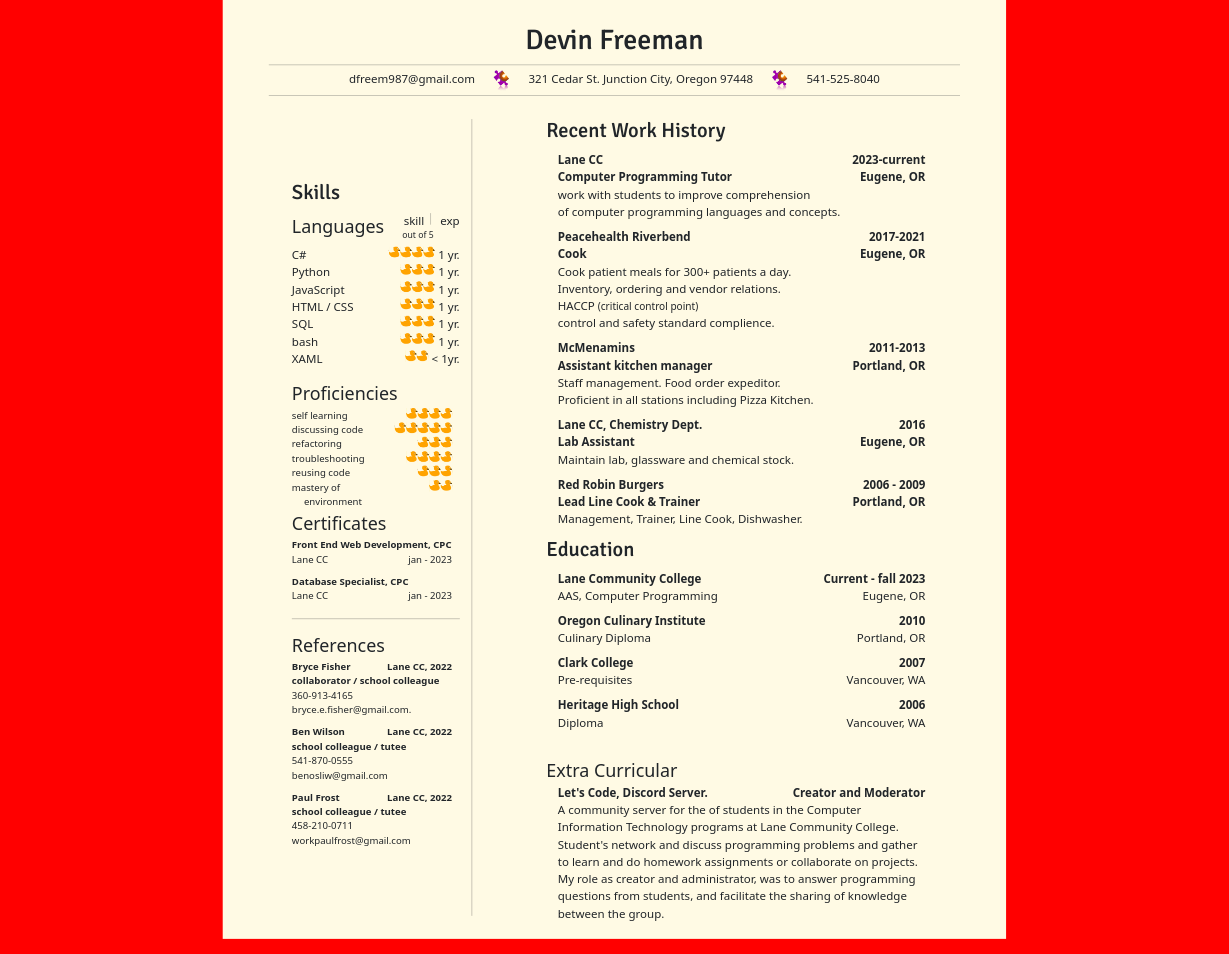
Repository: Dfreem/Resume
Page: index.html
These files come from the project's save history. The page is drawn as it stood at one moment and after the next save; the edit follows.
The browser window is 1280 px wide. The pictures show the whole page, at 96% of full size.

Above is the page before, as saved 2023-01-20 10:16:11.

### index.html
<!DOCTYPE html>
<html lang="en">

<head>
    <meta charset="UTF-8">
    <meta http-equiv="X-UA-Compatible" content="IE=edge">
    <meta name="viewport" content="width=device-width, initial-scale=1.0">
    <link href="https://cdn.jsdelivr.net/npm/bootstrap@5.3.0-alpha1/dist/css/bootstrap.min.css" rel="stylesheet"
        integrity="sha384-GLhlTQ8iRABdZLl6O3oVMWSktQOp6b7In1Zl3/Jr59b6EGGoI1aFkw7cmDA6j6gD" crossorigin="anonymous">
    <link href="resume.css" rel="stylesheet" />
    <title>Devin Freeman</title>
</head>

<body>

    <h1>Devin Freeman</h1>
    <hr />

    <!-- ========= banner ========= -->

    <div class="personal-info">
        dfreem987@gmail.com
        &emsp;
        <span><img src="puzzle.png" class="puzzle-piece"></img></span>
        &emsp;
        321 Cedar St. Junction City, Oregon 97448
        &emsp;
        <span><img src="puzzle.png" class="puzzle-piece"></img></span>
        &emsp;
        541-525-8040
        <!-- &nbsp;freemand@my.lanecc.edu -->
    </div>
    <hr />
    <!-- ========= Skills start ========= -->

    <div class="hstack">
        <div class=" skill-stack">
            <h2>Skills</h2>

            <!-- ========= programming language list ========= -->

            <ul class="langs">
                <div class="d-flex flex-row flex-nowrap">
                    <h3>Languages</h3>
                    <div class="push-right">
                        skill&nbsp;
                        <div class="vr"></div>
                        &nbsp; exp<br />
                        <sup>out of 5</sup>
                        &emsp;&emsp;
                    </div>
                </div>
                <li class="d-flex flex-row flex-nowrap">
                    C#
                    <div class="push-right four"></div>
                    &nbsp;1 yr.
                </li>
                <li class="d-flex flex-row flex-nowrap">
                    Python
                    <div class="push-right three"></div>
                    &nbsp;1 yr.
                </li>
                <li class="d-flex flex-row flex-nowrap">
                    JavaScript
                    <div class="push-right three"></div>
                    &nbsp;1 yr.
                </li>
                <li class="d-flex flex-row flex-nowrap">
                    HTML / CSS
                    <div class="push-right three"></div>
                    &nbsp;1 yr.
                </li>
                <li class="d-flex flex-row flex-nowrap">
                    SQL
                    <div class="push-right three"></div>
                    &nbsp;1 yr.
                </li>
                <li class="d-flex flex-row flex-nowrap">
                    bash
                    <div class="push-right three"></div>
                    &nbsp;1 yr.
                </li>
                <li class="d-flex flex-row flex-nowrap">
                    XAML
                    <div class="push-right two"></div>
                    &nbsp;< 1yr. </li>
            </ul>

            <!-- ========= Soft Skills ========= -->

            <h3>Proficiencies</h3>
            <ul class="profs me-2">
                <li class="d-flex flex-row flex-nowrap">
                    self learning<div class="push-right four"></div>
                </li>
                <li class="d-flex flex-row flex-nowrap">
                    discussing code<div class="push-right five"></div>
                </li>
                <li class="d-flex flex-row flex-nowrap">
                    refactoring<div class="push-right three"></div>
                </li>
                <li class="d-flex flex-row flex-nowrap">
                    troubleshooting<div class="push-right four"></div>
                </li>
                <li class="d-flex flex-row flex-nowrap">
                    reusing code<div class="push-right three"></div>
                </li>
                <li class="d-flex flex-row flex-nowrap">
                    mastery of <br />&emsp; environment<div class="push-right two">
                    </div>
                </li>
            </ul>

            <!-- ========= Certifications ========= -->

            <h3>Certificates</h3>
            <dl class="profs me-2">
                <dt>Front End Web Development, CPC</dt>
                <dd class="d-flex flex-row flex-nowrap">Lane CC<div class="push-right">jan - 2023</div>
                </dd>

                <dt>Database Specialist, CPC </dt>
                <dd class="d-flex flex-row flex-nowrap">Lane CC<div class="push-right">jan - 2023</div>
                </dd>
            </dl>

            <!-- ========= Professional References ========= -->

            <hr class="my-3" />
            <h3>References</h3>
            <dl class="profs me-2">
                <dt class="d-flex flex-row flex-nowrap">
                    Bryce Fisher
                    <div class="push-right">
                        Lane CC, 2022
                    </div>
                </dt>
                <dd>
                    <b>collaborator / school colleague</b><br />
                    360-913-4165 <br />
                    bryce.e.fisher@gmail.com.
                </dd>
            </dl>

            <dl class="profs me-2">
                <dt class="d-flex flex-row flex-nowrap">
                    Ben Wilson
                    <div class="push-right">
                        Lane CC, 2022
                    </div>
                </dt>
                <dd>
                    <b>school colleague / tutee</b><br />
                    541-870-0555<br />
                    benosliw@gmail.com
                </dd>
            </dl>

            <dl class="profs me-2">
                <dt class="d-flex flex-row flex-nowrap">
                    Paul Frost
                    <div class="push-right">
                        Lane CC, 2022
                    </div>
                </dt>
                <dd>
                    <b>school colleague / tutee</b><br />
                    458-210-0711<br />
                    workpaulfrost@gmail.com<br />

                </dd>
            </dl>
        </div>
        <div class="vr my-4"></div>
        <div class="vstack work-stack">

            <!-- ========= Most Recent Work History ========= -->

            <dl class="work-history mt-4">
                <h2> Recent Work History</h2>

                <!-- ========== work history slot 1 ========== -->

                <div class="container work-container">
                    <dt class="d-flex flex-nowrap flex-row">
                        Lane CC
                        <br />
                        Computer Programming Tutor
                        <div class="push-right">
                            2023-current
                            <br />
                            Eugene, OR
                        </div>
                    </dt>
                    <dd class="ed-details">
                        work with students to improve comprehension <br /> of computer programming languages and
                        concepts.
                    </dd>
                </div>

                <!-- ========== work history slot 2 ========== -->
                <div class="container work-container">
                    <dt class="d-flex flex-nowrap flex-row">
                        Peacehealth Riverbend
                        <br />
                        Cook
                        <div class="push-right">
                            2017-2021
                            <br />
                            Eugene, OR
                        </div>
                    </dt>
                    <dd class="ed-details">
                        Cook patient meals for 300+ patients a day. <br />
                        Inventory, ordering and vendor relations. <br />
                        HACCP <small>(critical control point)</small><br />
                        control and safety standard complience. <br />
                    </dd>
                </div>

                <!-- ========== work history slot 3 ========== -->

                <div class="container work-container">
                    <dt class="d-flex flex-nowrap flex-row">
                        McMenamins
                        <br />
                        Assistant kitchen manager
                        <div class="push-right">
                            2011-2013
                            <br />
                            Portland, OR
                            <br />
                        </div>
                    </dt>
                    <dd class="ed-details">
                        Staff management. Food order expeditor. <br />
                        Proficient in all stations including Pizza Kitchen.
                    </dd>
                </div>

                <!-- ========== work history slot 3 ========== -->

                <div class="container work-container">
                    <dt class="d-flex flex-nowrap flex-row">
                        Lane CC, Chemistry Dept.
                        <br />
                        Lab Assistant
                        <div class="push-right">
                            2016
                            <br />
                            Eugene, OR
                        </div>
                    </dt>
                    <dd class="ed-details">Maintain lab, glassware and chemical stock.</dd>
                </div>

                <!-- ========== work history slot 4 ========== -->

                <div class="container work-container">
                    <dt class="d-flex flex-nowrap flex-row">
                        Red Robin Burgers
                        <br />
                        Lead Line Cook & Trainer
                        <div class="push-right">
                            2006 - 2009
                            <br />
                            Portland, OR
                        </div>

                    </dt>
                    <dd class="ed-details">Management, Trainer, Line Cook, Dishwasher.</dd>
                </div>
            </dl>

            <!-- ========== Education Start ========== -->

            <dl class="education">
                <h2>Education</h2>

                <!-- ========== Education slot 1 ========== -->

                <div class="container work-container">
                    <dt class="d-flex flex-nowrap flex-row">
                        <div class="ed-title">Lane Community College</div>
                        <div class="push-right">Current - fall 2023</div>
                    </dt>
                    <dd class="d-flex flex-nowrap flex-row">
                        <div class="ed-title">AAS, Computer Programming </div>
                        <span class="push-right"> Eugene, OR </span>
                    </dd>
                </div>

                <!-- ========== Education slot 2 ========== -->

                <div class="container work-container">
                    <dt class="d-flex flex-nowrap flex-row">
                        <div class="ed-title">Oregon Culinary Institute</div>
                        <span class="push-right">2010</span>
                    </dt>
                    <dd class="d-flex flex-nowrap flex-row">
                        <div class="ed-title">Culinary Diploma</div>
                        <span class="push-right">Portland, OR</span>
                    </dd>
                </div>

                <!-- ========== Education slot 3 ========== -->

                <div class="container work-container">
                    <dt class="d-flex flex-nowrap flex-row">
                        <div class="ed-title">Clark College</div>
                        <span class="push-right">2007</span>
                    </dt>
                    <dd class="d-flex flex-nowrap flex-row">
                        <div class="ed-title">Pre-requisites</div>
                        <span class="push-right">Vancouver, WA</span>
                    </dd>
                </div>

                <!-- ========== Education slot 4 ========== -->

                <div class="container work-container">
                    <dt class="d-flex flex-nowrap flex-row">
                        <div class="ed-title">Heritage High School</div>
                        <span class="push-right">2006</span>
                    </dt>
                    <dd class="d-flex flex-nowrap flex-row">
                        <div class="ed-title">Diploma</div>
                        <span class="push-right">Vancouver, WA</span>
                    </dd>
                </div>
            </dl>

            <!-- ========= Extra Curricular activities ========= -->

            <dl class="extra">
                <h3>Extra Curricular</h3>
                <div class="container work-container">
                    <dt class="d-flex flex-nowrap flex-row">
                        <div class="ed-title">Let's Code, Discord Server.</div>
                        <span class="push-right"> Creator and Moderator</span>
                    </dt>
                    <dd>
                        <p>
                            A community server for the of students in the Computer Information Technology programs
                            at Lane Community College. Student's network and discuss programming problems and gather
                            to learn and do homework assignments or collaborate on projects. My role as creator and
                            administrator, was to answer programming questions from students, and facilitate the sharing
                            of knowledge between the group.
                        </p>
                    </dd>
                </div>
            </dl>
        </div>
    </div>
    <dl class="d-grid container">
        <div class="row">

    </dl>
    </div>

</body>
<script src="https://cdn.jsdelivr.net/npm/bootstrap@5.3.0-alpha1/dist/js/bootstrap.bundle.min.js"
    integrity="sha384-w76AqPfDkMBDXo30jS1Sgez6pr3x5MlQ1ZAGC+nuZB+EYdgRZgiwxhTBTkF7CXvN"
    crossorigin="anonymous"></script>

</html>

### resume.css
@import url('https://fonts.googleapis.com/css2?family=Raleway:ital,wght@0,500;0,700;0,800;1,500&family=Signika:wght@400;500;700&display=swap');

/*
font-family: 'Raleway', sans-serif;
font-family: 'Signika', sans-serif;
*/
html {
    max-height:11in;
    background-color:red;
}

body {
    padding-inline: 0.5in;
    background-color:red;
    padding-block-start: 2em;
    margin: auto;
    max-width: 8.5in;
    min-width: 8.5in;
    max-height: 11in;
    font-size: 12px;
    background-color: rgb(255, 250, 228);
}

.personal-info {
    text-align: center;
    margin-bottom: 0;
}

h1 {
    font-family: 'Signika', sans-serif;
    text-align: center;
    font-size: 22pt;
    letter-spacing: 105%;
}

h2 {
    font-family: 'Signika', sans-serif;
    font-size: 16pt;
    margin-block-start: 0;
}

h3 {
    margin-block:.2em;
    font-size: 14pt;
    width: fit-content;
}

h4 {
    font-size: 13pt;
}

.puzzle-piece {
    width: 1.6em;
    margin-block: .3em;
}

.work-history {
    width: 80%;
    align-self: flex-end;
    margin-inline-end: 2em;
    margin-block:.2em;
}

.education {
    align-self: flex-end;
    margin-inline-end: 2em;
    width: 80%;
    margin-block-start: 0em;
}

.skill-stack {
    margin-inline-start: 2em;
    margin-inline-end: 1em;
    /* margin-block: 1em; */
    width: 400px;
    height: fit-content;
}

.push-right {
    margin-inline-start: auto;
    text-align: end;
}

.profs {
    font-size: 10px;
    margin-block: .3em;
}

.extra {
    width: 80%;
    align-self: flex-end;
    margin-inline-end: 2em;
    margin-block:.1em;
}

.five {
    background-image: url("ducky.png");
    background-size: 12px;
    background-repeat: repeat-x;
    width:60px;
 }

.four {
    background-image: url("ducky.png");
    background-size: 12px;
    background-repeat: repeat-x;
    width:48px;
    /* background-position: ; */
}

.three {
    background-image: url("ducky.png");
    background-size: 12px;
    background-repeat: repeat-x;
    width:36px;
 }
.two {
    background-image: url("ducky.png");
    background-size: 12px;
    background-repeat: repeat-x;
    width:24px;
 }


hr {
    margin-block: 0;
}

ul {
    padding-Inline: 0;
}

li {
    list-style: none;
}

After the next save:
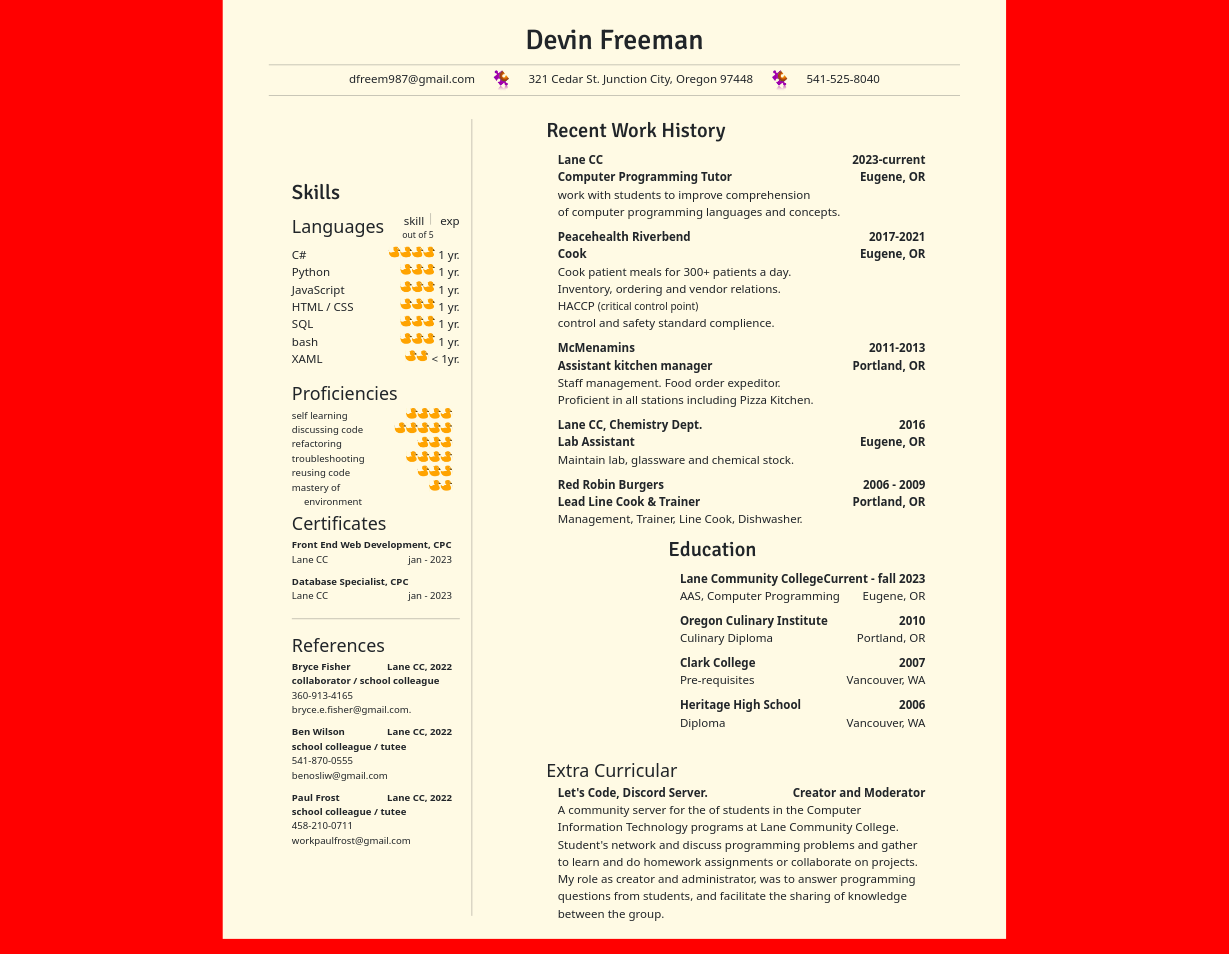
Saved 16 s later.
--- a/resume.css
+++ b/resume.css
@@ -64,7 +64,7 @@
 .education {
     align-self: flex-end;
     margin-inline-end: 2em;
-    width: 80%;
+    /* width: 80%; */
     margin-block-start: 0em;
 }
 

After the save that followed:
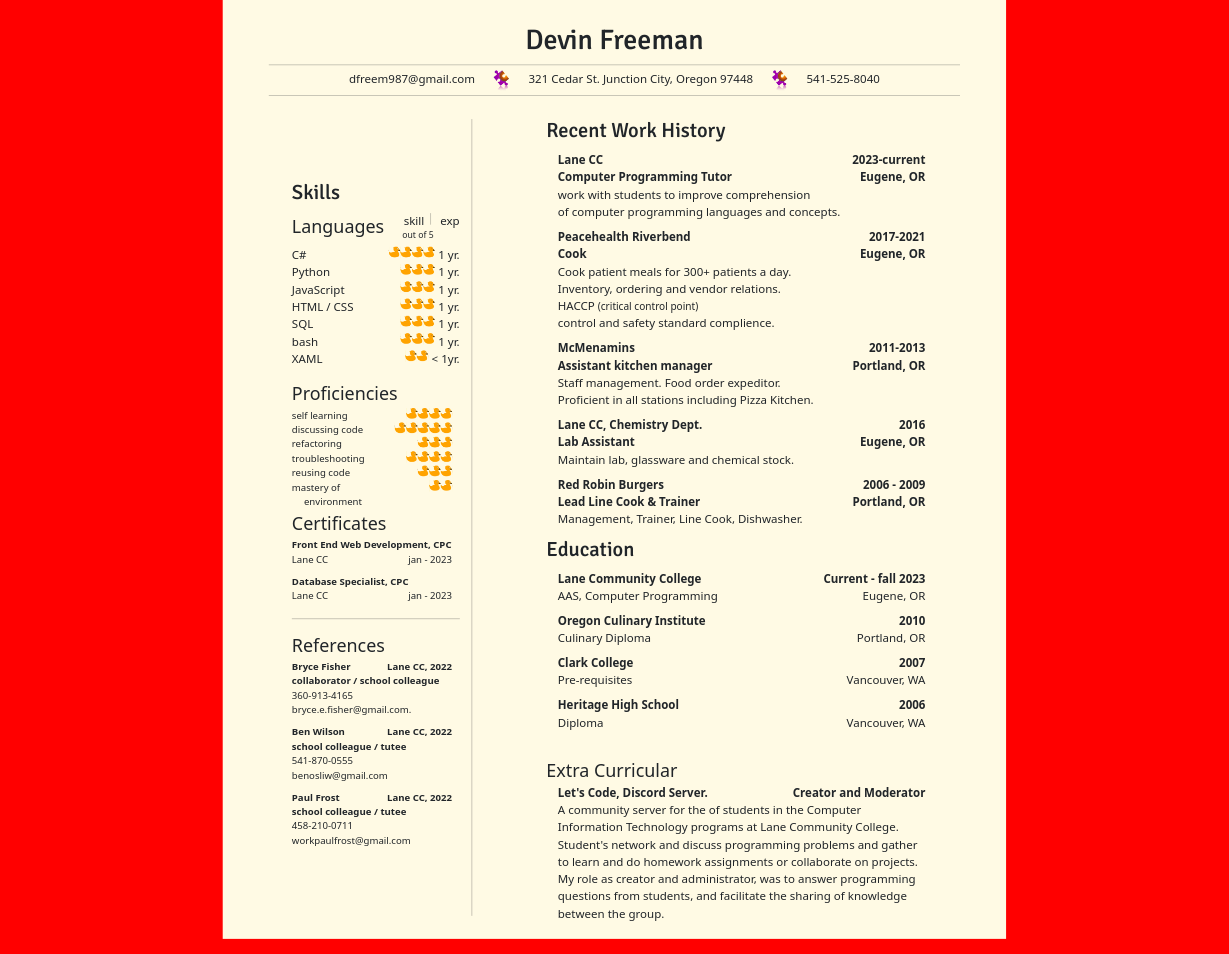
Saved 4 s later.
--- a/resume.css
+++ b/resume.css
@@ -64,7 +64,7 @@
 .education {
     align-self: flex-end;
     margin-inline-end: 2em;
-    /* width: 80%; */
+    width: 80%;
     margin-block-start: 0em;
 }
 
